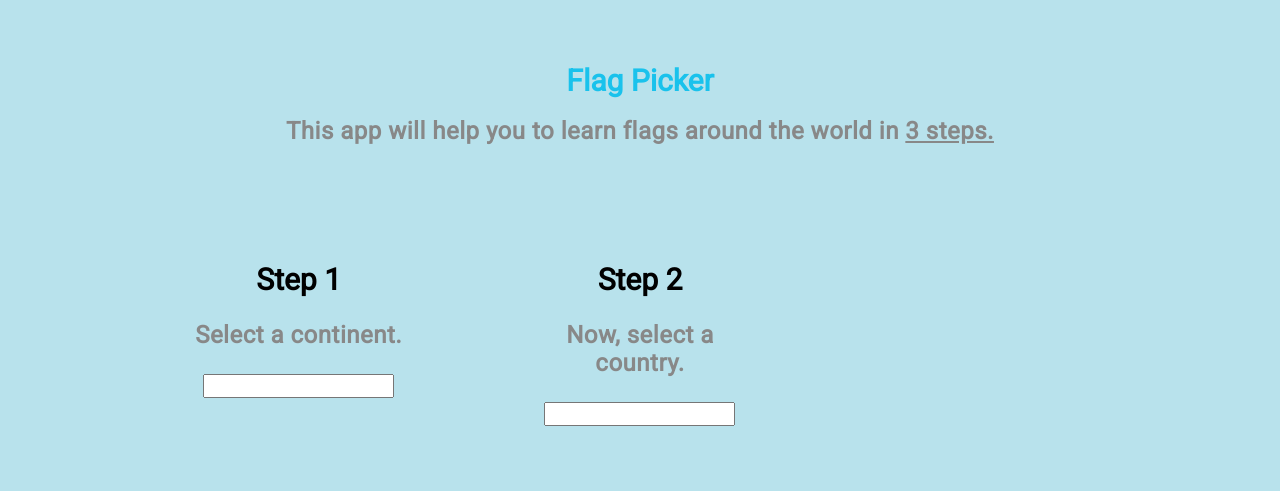
Repository: paras-shah/flag-app
Page: /
The author's editor kept a copy of each file at every save. The page is drawn from the files as they stood at one save, then again after the next save.
The browser window is 1280 px wide. The pictures show the whole page.
The project was rebuilt for these pictures with package versions that can differ from the ones it lists, and the page was loaded fresh each time.

Above is the page before, as saved 2020-02-11 22:07:08.

After the next save:
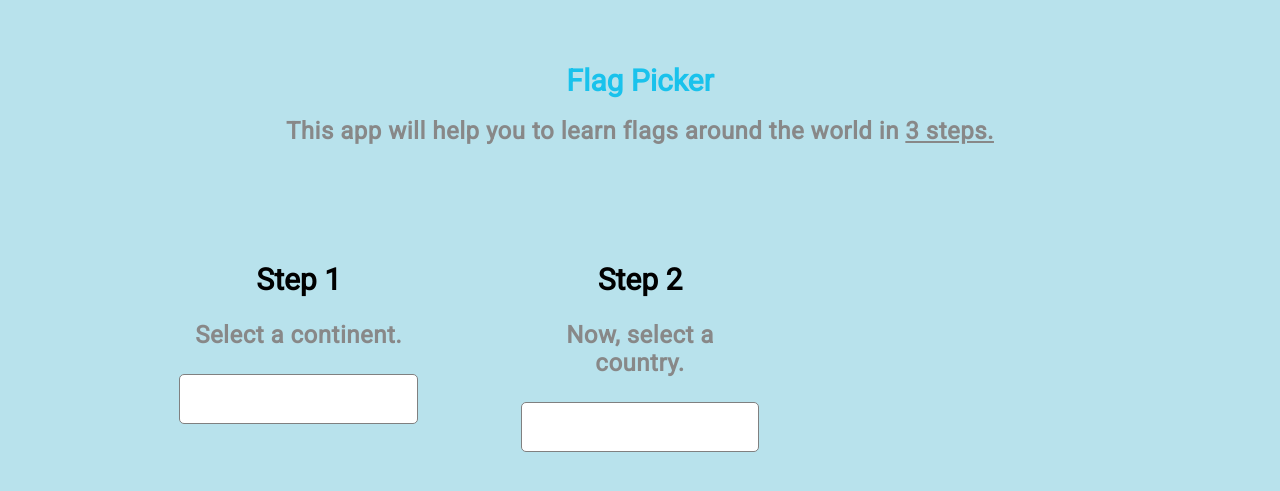
Saved 7 s later.
--- a/src/style/index.css
+++ b/src/style/index.css
@@ -52,7 +52,7 @@ h2 span {
   padding: 5%;
 }
 
-.column input:{
+.column input {
     width: 100%;
     height: 50px;
     border: solid 1px grey;
